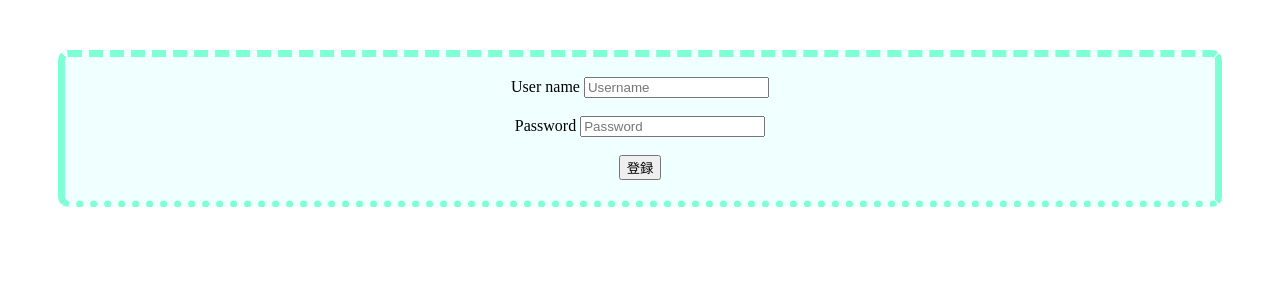
Repository: Jutta197/frontend726
Page: css_ex/login/login.html
The author's editor kept a copy of each file at every save. The page is drawn from the files as they stood at one save, then again after the next save.
The browser window is 1280 px wide. The pictures show the whole page.

Above is the page before, as saved 2023-07-31 09:02:54.

### css_ex/login/login.html
<!DOCTYPE html>
<html lang="en">

<head>
    <meta charset="UTF-8">
    <meta name="viewport" content="width=device-width, initial-scale=1.0">
    <title>Document</title>
    <link rel="stylesheet" href="style.css">
</head>

<body>
    <div>
        <form action="" method="post">
            <label for="username">User name</label>
            <input type="text" id="username" name="username" placeholder="Username" required><br><br>
            <label for="password">Password</label>
            <input type="password" id="password" name="password" placeholder="Password"><br><br>
            <input type="submit" value="登録">
        </form>
    </div>

</body>

</html>

### css_ex/login/style.css
div {
    text-align: center;
    border-style: dashed solid dotted;
    border-width: 7px;
    border-color: aquamarine;
    border-radius: 10px;
    padding: 20px 10px;
    background-color: azure;
    margin: 50px 50px;
    /* width: ; */
}

After the next save:
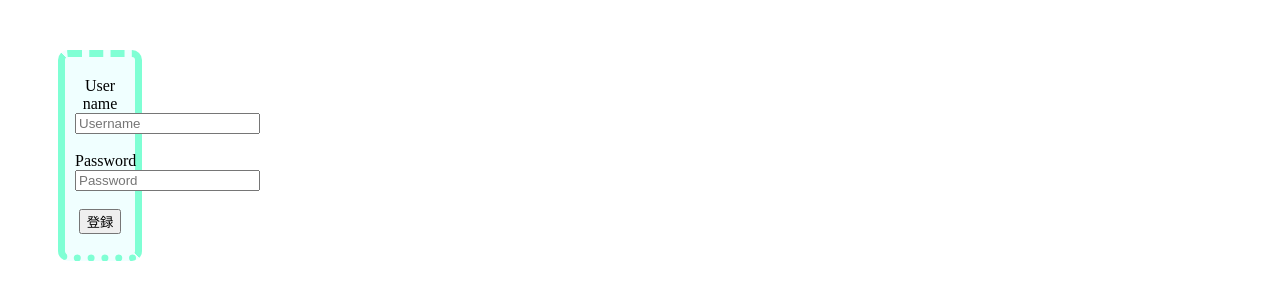
Saved 12 s later.
--- a/css_ex/login/style.css
+++ b/css_ex/login/style.css
@@ -7,5 +7,5 @@ div {
     padding: 20px 10px;
     background-color: azure;
     margin: 50px 50px;
-    /* width: ; */
+    width: 50px;
 }
